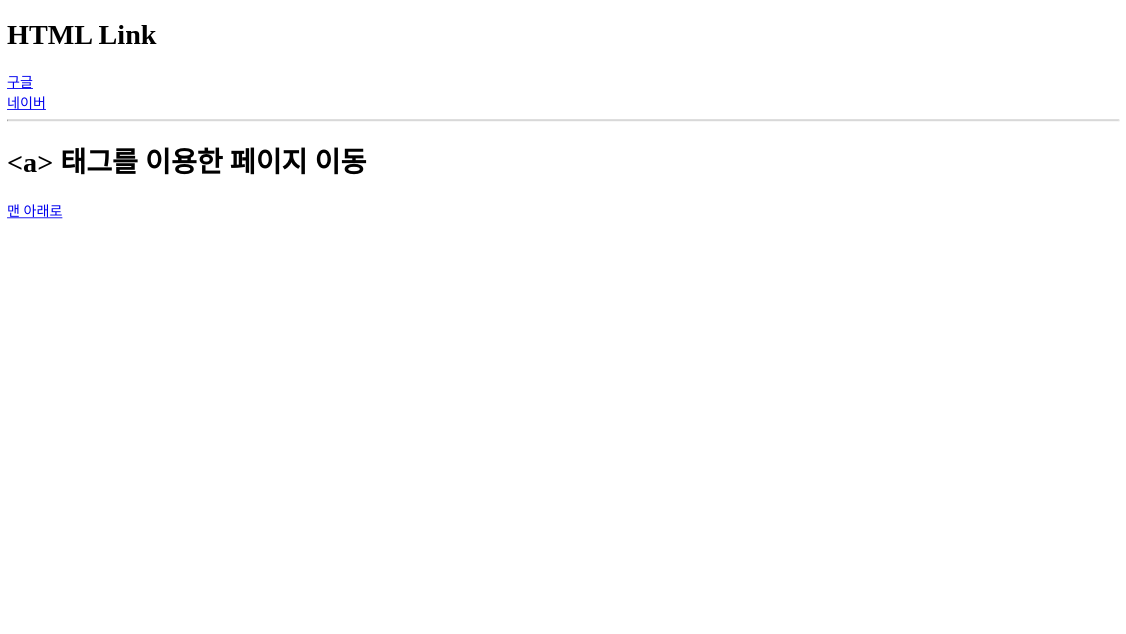
Repository: XenosJM/WEB_CODES
Page: Web01_HTML/src/main/webapp/07_link.html
An editor plug-in stored every save of this project. The page is shown before and after the next save, followed by the edit.
The browser window is 1280 px wide. The pictures show the whole page, at 88% of full size.

Above is the page before, as saved 2024-03-19 05:14:26.

### Web01_HTML/src/main/webapp/07_link.html
<!DOCTYPE html>
<html>
<head>
<meta charset="UTF-8">
<title>HTML Link</title>
</head>
<body>
	<h1 id="top">HTML Link</h1>
	<!-- <a> : anchor -->
	<a href="https://www.google.com">구글</a><br>
	<a href="https://www.naver.com" target="_blank">네이버</a>

	<hr>

	<h1>&lt;a&gt; 태그를 이용한 페이지 이동</h1>
	<!--
		&lt; : 보다 작다
		&gt; : 보다 크다
	 -->
	<a href="#bottom">맨 아래로</a><br>


</body>
</html>

After the next save:
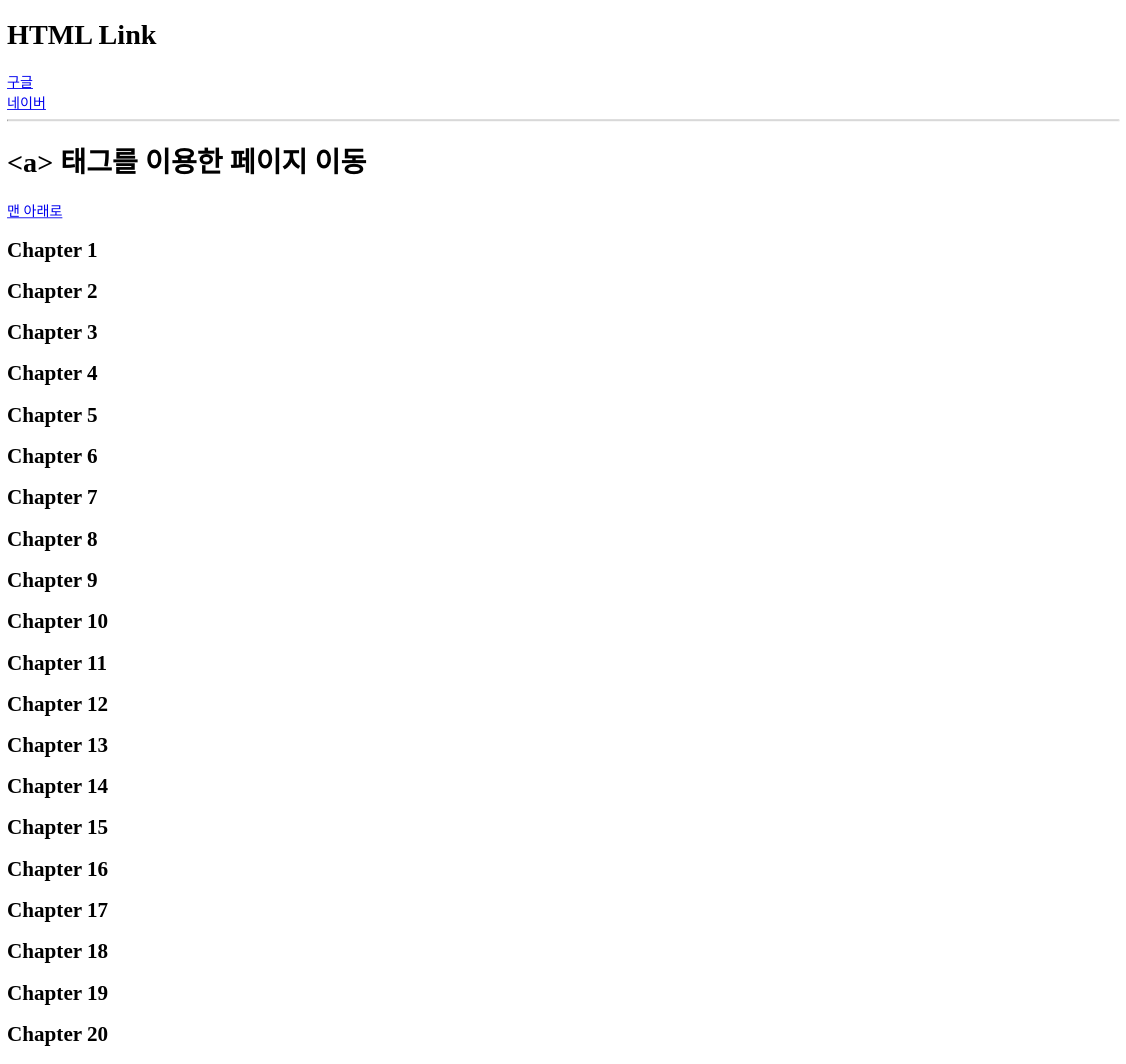
Saved 106 s later.
--- a/Web01_HTML/src/main/webapp/07_link.html
+++ b/Web01_HTML/src/main/webapp/07_link.html
@@ -19,6 +19,26 @@
 	 -->
 	<a href="#bottom">맨 아래로</a><br>
 
+	<h2>Chapter 1</h2>
+	<h2>Chapter 2</h2>
+	<h2>Chapter 3</h2>
+	<h2>Chapter 4</h2>
+	<h2>Chapter 5</h2>
+	<h2>Chapter 6</h2>
+	<h2>Chapter 7</h2>
+	<h2>Chapter 8</h2>
+	<h2>Chapter 9</h2>
+	<h2>Chapter 10</h2>
+	<h2>Chapter 11</h2>
+	<h2>Chapter 12</h2>
+	<h2>Chapter 13</h2>
+	<h2>Chapter 14</h2>
+	<h2>Chapter 15</h2>
+	<h2>Chapter 16</h2>
+	<h2>Chapter 17</h2>
+	<h2>Chapter 18</h2>
+	<h2>Chapter 19</h2>
+	<h2>Chapter 20</h2>
 
 </body>
 </html>
